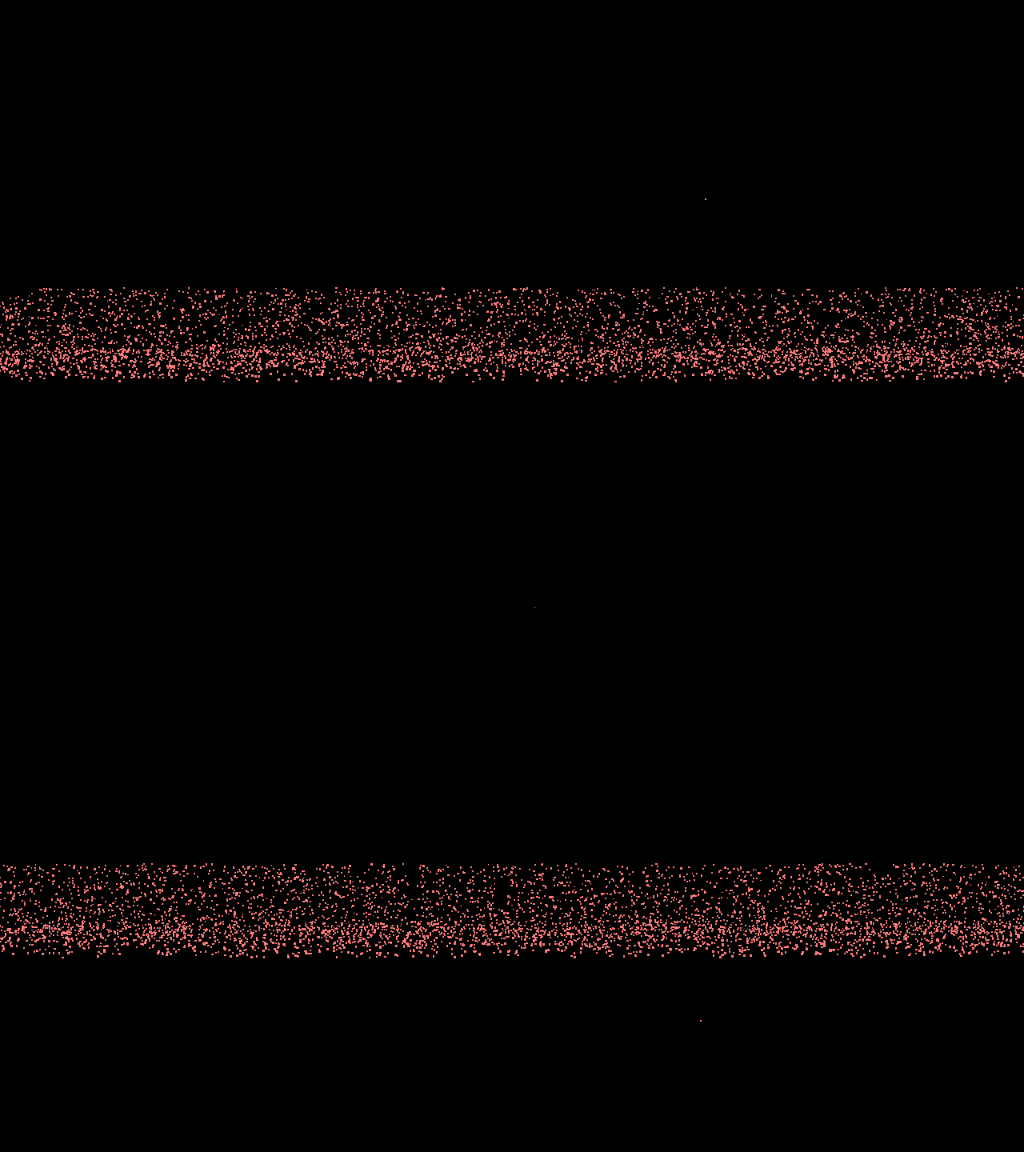
Repository: talha7-bit/particles
Page: /
An editor plug-in stored every save of this project. The page is shown before and after the next save, followed by the edit.
The browser window is 1280 px wide. The pictures show the whole page, at 80% of full size.
The project was rebuilt for these pictures with package versions that can differ from the ones it lists, and the page was loaded fresh each time. Also part of the build but not shown: vite.config.js, src/App.css.

Above is the page before, as saved 2026-02-02 19:21:51.

After the next save:
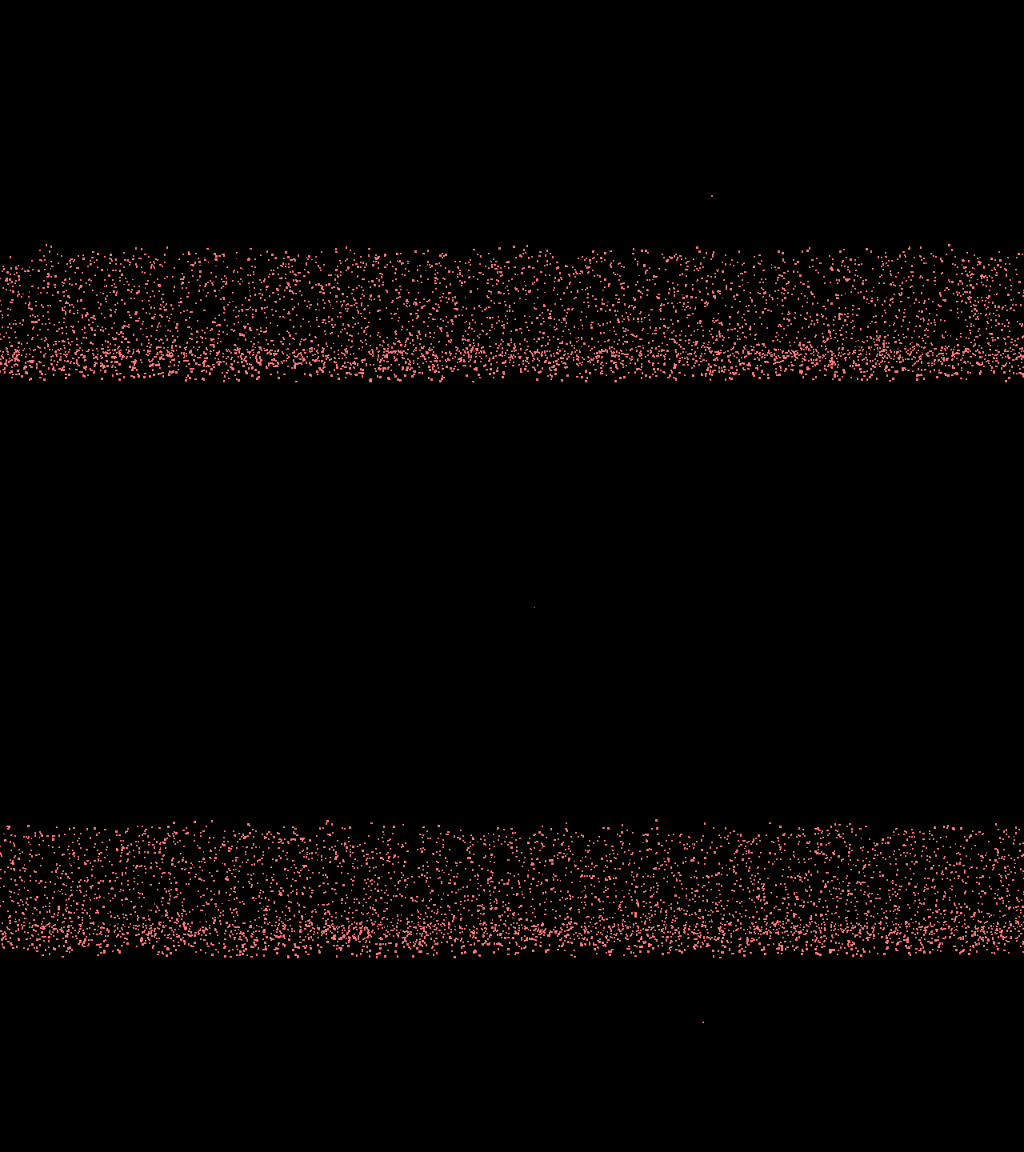
Saved 22 s later.
--- a/src/components/File.jsx
+++ b/src/components/File.jsx
@@ -30,7 +30,7 @@ const File = () => {
             _particles.push({
                 position:new THREE.Vector3(
                 Math.random()*17-8,
-                Math.sin( Math.random()*2-2,),
+                Math.sin( Math.random()*2.5-2,),
                 Math.random()*2-1,
                 )
             })
